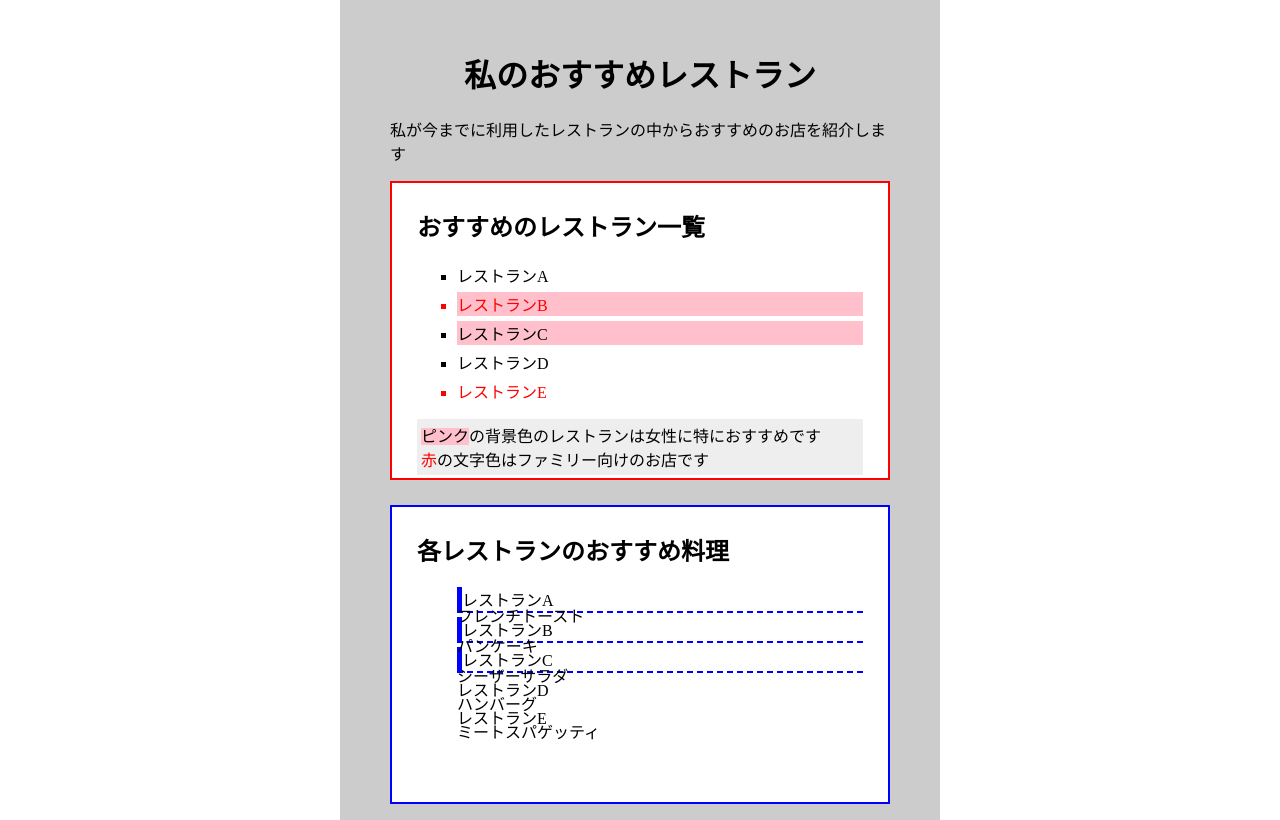
Repository: KubotaAtsushi/samurai_HTML-CSS
Page: 20210330/index.html
The author's editor kept a record of every edit. The page is drawn from the files as they stood at one moment, then again after the next edit.
The browser window is 1280 px wide. The pictures show the whole page.

Above is the page before.

### 20210330/index.html
<!DOCTYPE html>
<html lang="ja">
    <head>
        <meta charset="UTF-8">
        <title>私のおすすめレストラン</title>
        <link rel="stylesheet" href="style.css">
    </head>
    <body>
        <div id="wrapper">
            <h1>私のおすすめレストラン</h1>
            <p>私が今までに利用したレストランの中からおすすめのお店を紹介します</p>
            <div id="restaurant_list">
                <h2>おすすめのレストラン一覧</h2>
                <ul>
                    <li>レストランA</li>
                    <li class="red bg_pink">レストランB</li>
                    <li class="bg_pink">レストランC</li>
                    <li>レストランD</li>
                    <li class="red">レストランE</li>
                </ul>
                <p><span class="bg_pink">ピンク</span>の背景色のレストランは女性に特におすすめです<br>
<span class="red">赤</span>の文字色はファミリー向けのお店です</p>
            </div>
            <div id="restaurant_list2">
                <h2>各レストランのおすすめ料理</h2>
                <ul>
                    <li class="left">レストランA</li>
                    <li>フレンチトースト</li>
                    <li class="left">レストランB</li>
                    <li>パンケーキ</li>
                    <li class="left">レストランC</li>
                    <li>シーザーサラダ</li>
                    <li>レストランD</li>
                    <li>ハンバーグ</li>
                    <li>レストランE</li>
                    <li>ミートスパゲッティ</li>
                </ul>
            </div>
        </div>
    </body>
</html>

### 20210330/style.css
@charset "utf-8";
body {
    height: 100vh;
    margin: 0;
}
div#wrapper {
    height: 100vh;
    width: 500px;
    margin: 0 auto;
    background-color: #ccc;
    padding: 50px;
}
h1 {
    margin-top: 0;
    text-align: center;
}
div#restaurant_list {
    height: 245px;
    background-color: white;
    border: solid 2px red;
    padding: 25px;
}
h2 {
    margin-top: 0;
}
ul {
    list-style-type: square;
}
.red{
    color: red;
}
.bg_pink{
    background-color: pink;
}
li {
    margin-bottom: 5px;
}
#restaurant_list p {
    background-color: #eee;
    padding: 4px;
}
div#restaurant_list2 {
    height: 245px;
    background-color: white;
    padding: 25px;
    border: solid 2px blue;
    margin-top: 25px
}
#restaurant_list2 li {
    margin-bottom: -10px;
    list-style: none;
}
.left{
    border: solid 5px blue;
    border-top: none;
    border-right: none;
    border-bottom: dashed 2px blue;
}

After the next edit:
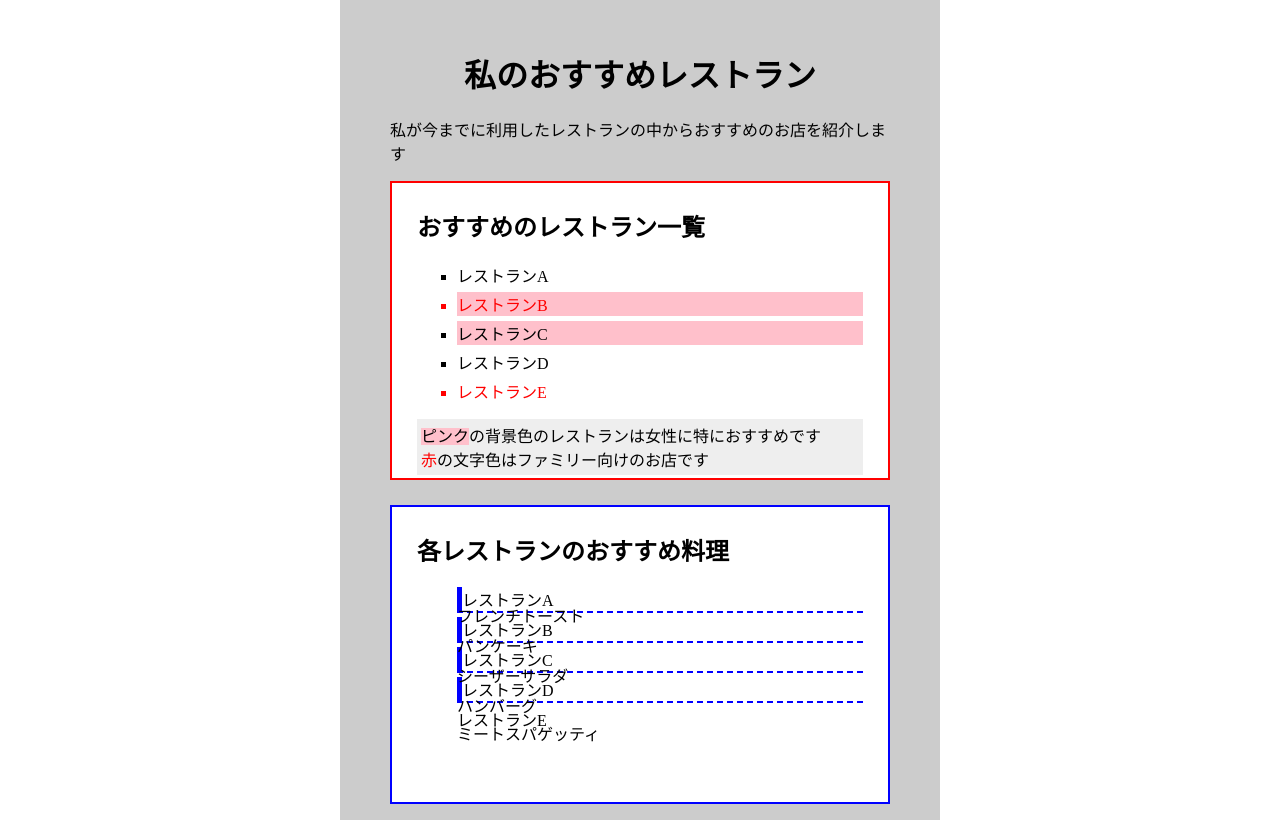
The edit:
--- a/20210330/index.html
+++ b/20210330/index.html
@@ -30,7 +30,7 @@
                     <li>パンケーキ</li>
                     <li class="left">レストランC</li>
                     <li>シーザーサラダ</li>
-                    <li>レストランD</li>
+                    <li class="left">レストランD</li>
                     <li>ハンバーグ</li>
                     <li>レストランE</li>
                     <li>ミートスパゲッティ</li>
